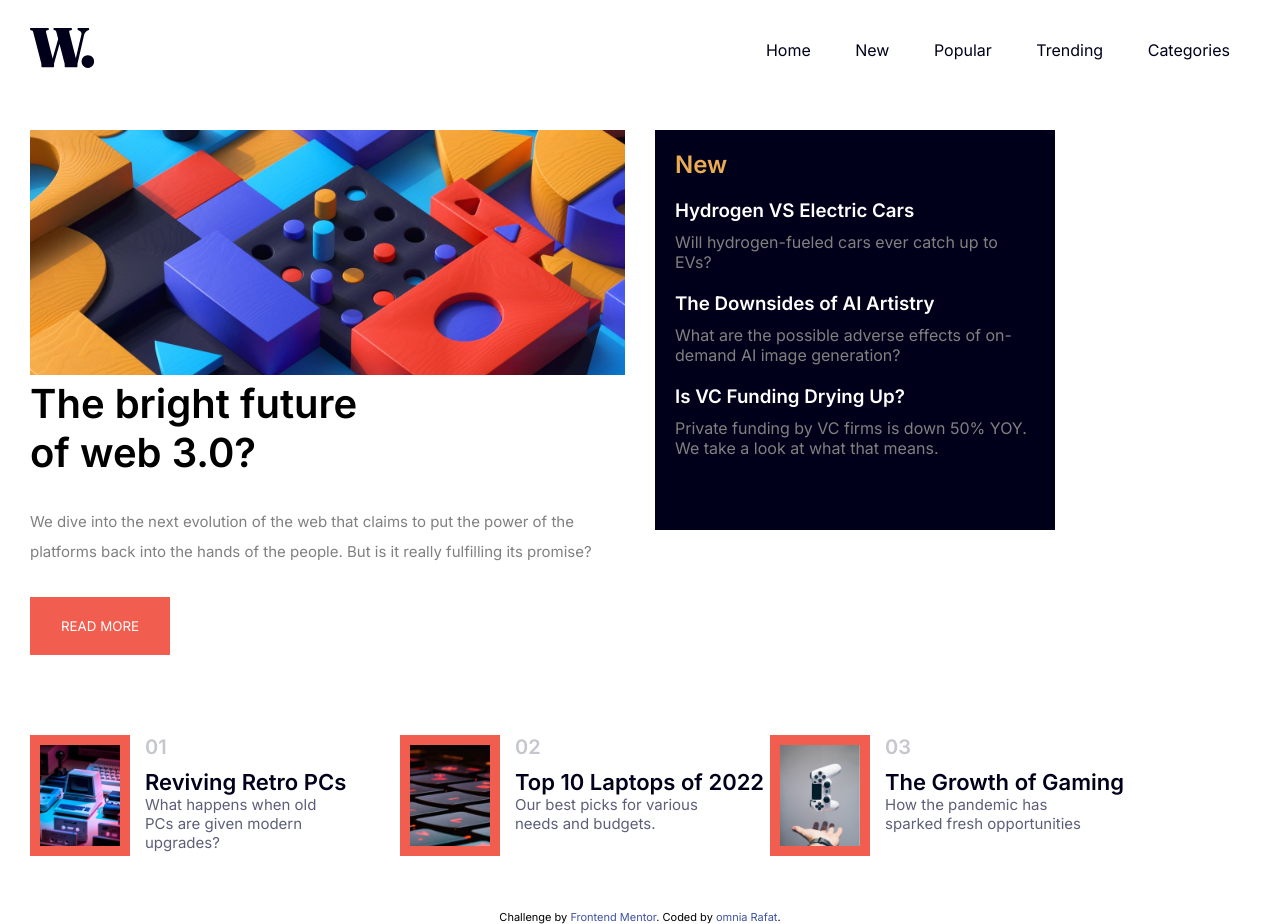
Repository: OmniaRafat232111121/HomePage
Page: index.html
The author's editor kept a copy of each file at every save. The page is drawn from the files as they stood at one save, then again after the next save.
The browser window is 1280 px wide. The pictures show the whole page.

Above is the page before, as saved 2022-12-17 22:44:39.

After the next save:
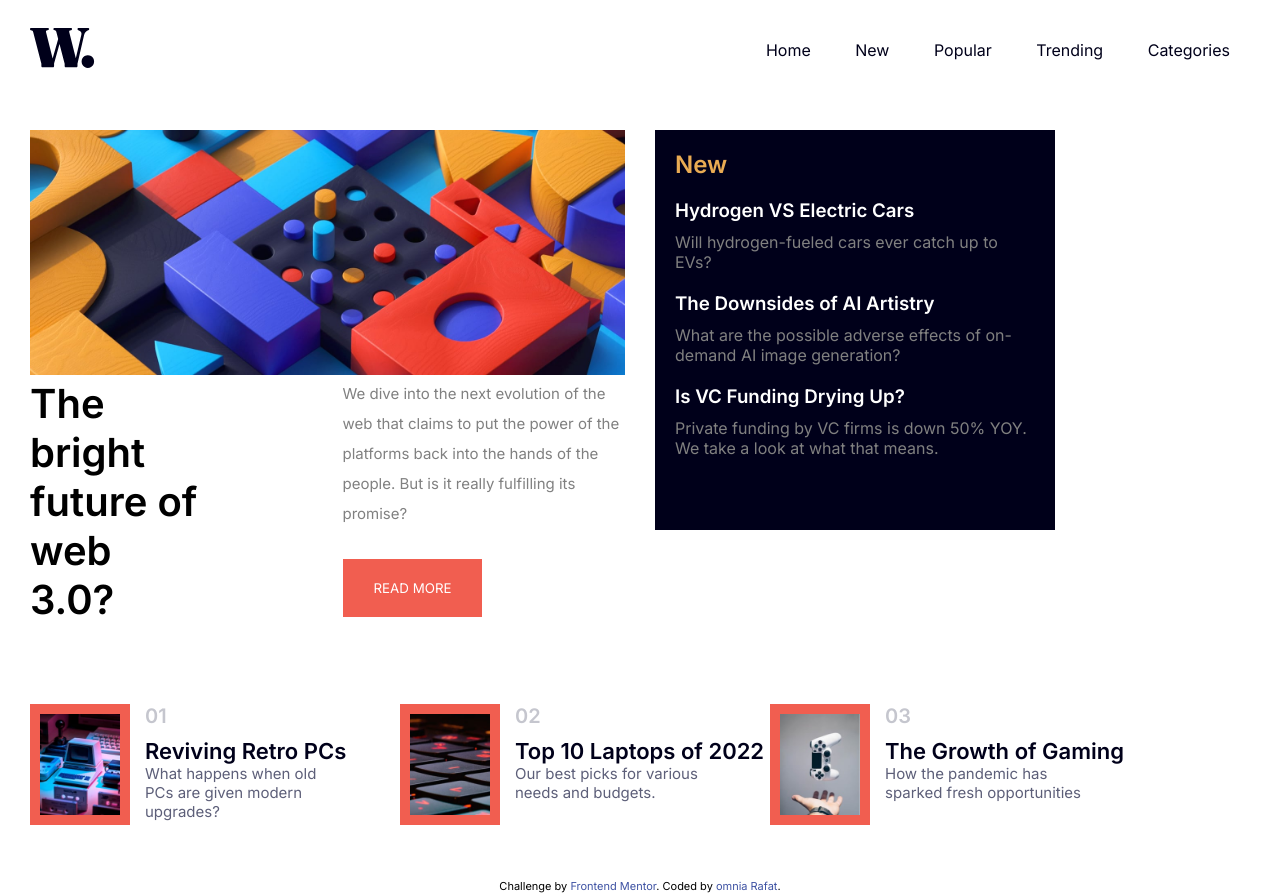
Saved 5 s later.
--- a/style.css
+++ b/style.css
@@ -46,7 +46,7 @@
 }
 .content{
       display: grid;
-  grid-template-columns: repeat(auto-fit, minmax(350px,1fr));
+  grid-template-columns: repeat(auto-fit, minmax(0px,1fr));
    grid-gap:30px;
 }
 .heading{

After the save that followed:
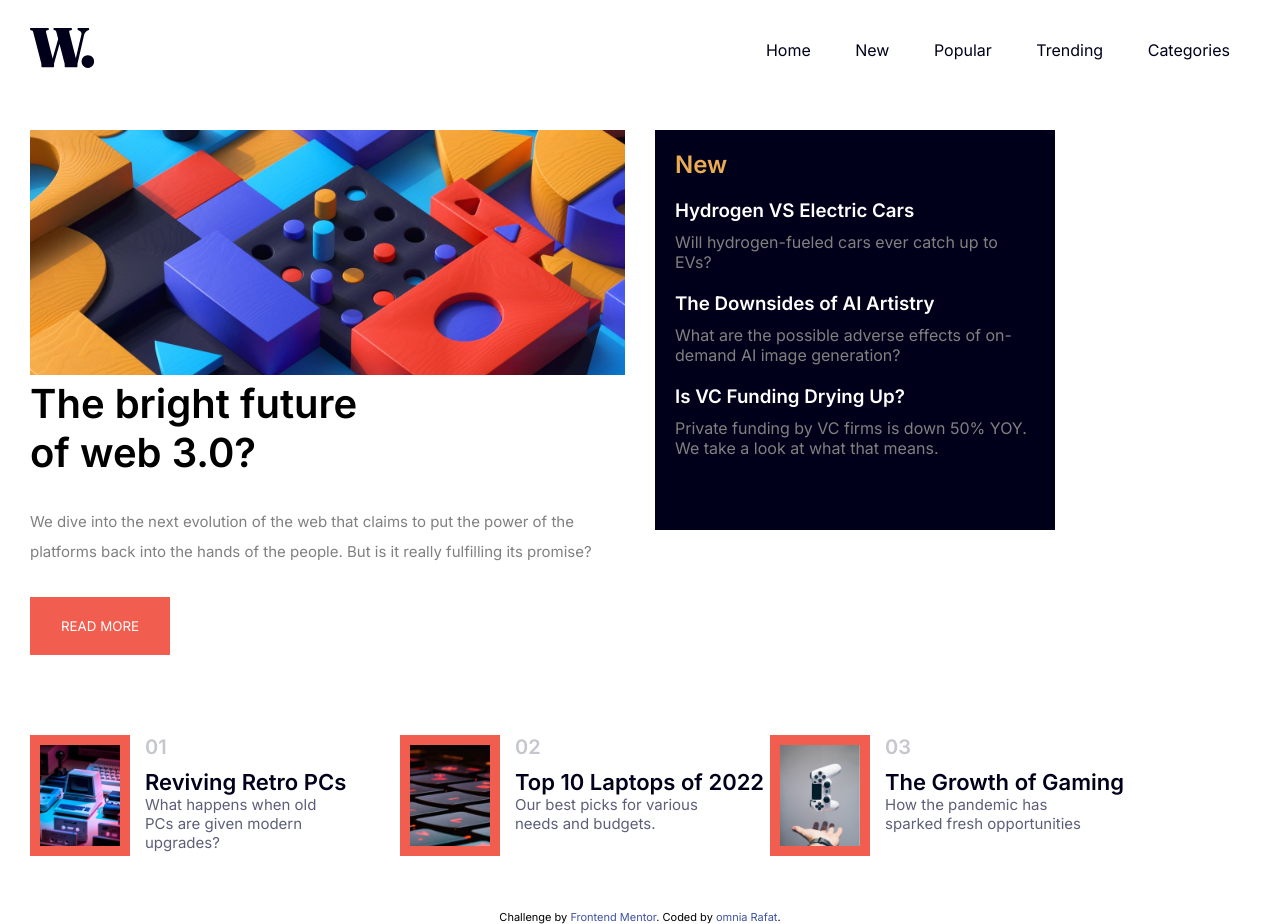
Saved 4 s later.
--- a/style.css
+++ b/style.css
@@ -46,7 +46,7 @@
 }
 .content{
       display: grid;
-  grid-template-columns: repeat(auto-fit, minmax(0px,1fr));
+  grid-template-columns: repeat(auto-fit, minmax(400px,1fr));
    grid-gap:30px;
 }
 .heading{
